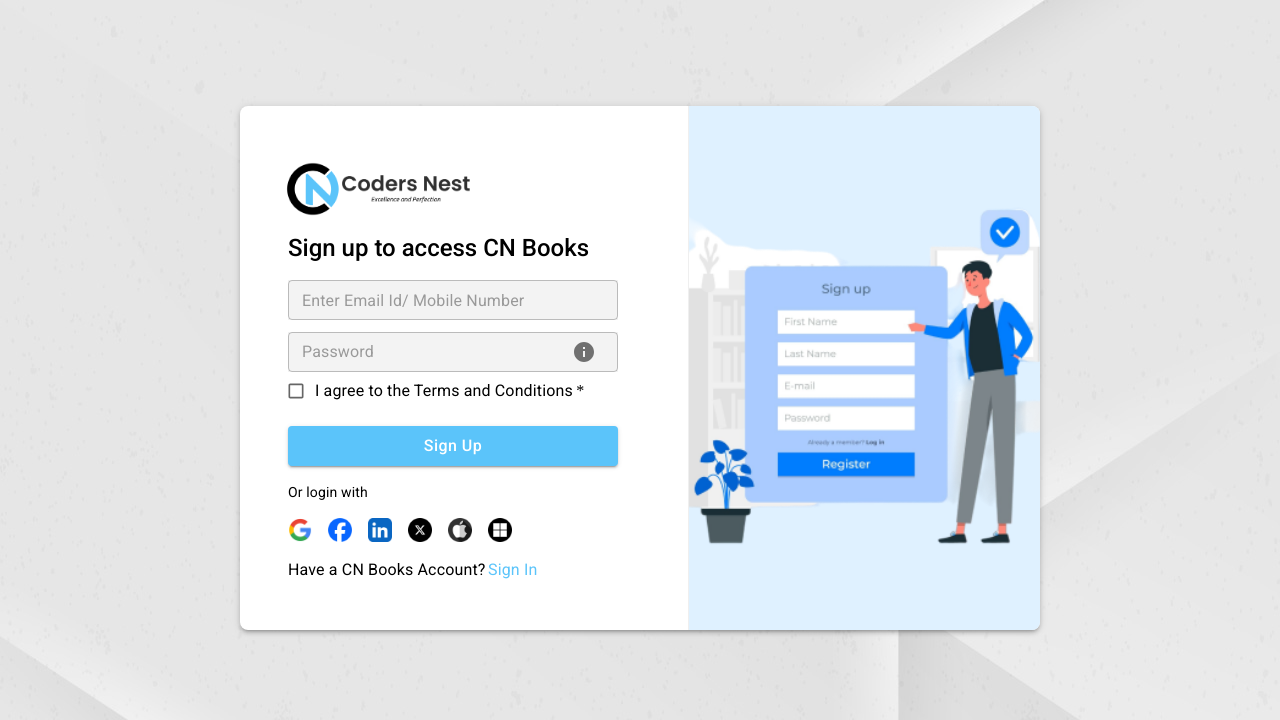
Repository: wajahadalishaik04/CN_Books
Page: /signup
These files come from the project's save history. The page is drawn as it stood at one moment and after the next save; the edit follows.
The browser window is 1280 px wide. The pictures show the whole page.
The project was rebuilt for these pictures with package versions that can differ from the ones it lists, and the page was loaded fresh each time. Also part of the build but not shown: vite.config.js, src/pages/LoginScreen.jsx, src/pages/Signin.jsx, src/pages/OtpScreen.jsx, src/pages/VerifyScreen.jsx, src/components/Header.jsx, src/components/SideBar.jsx, src/components/Content.jsx and 7 more.

Above is the page before, as saved 2024-09-30 18:46:42.

After the next save:
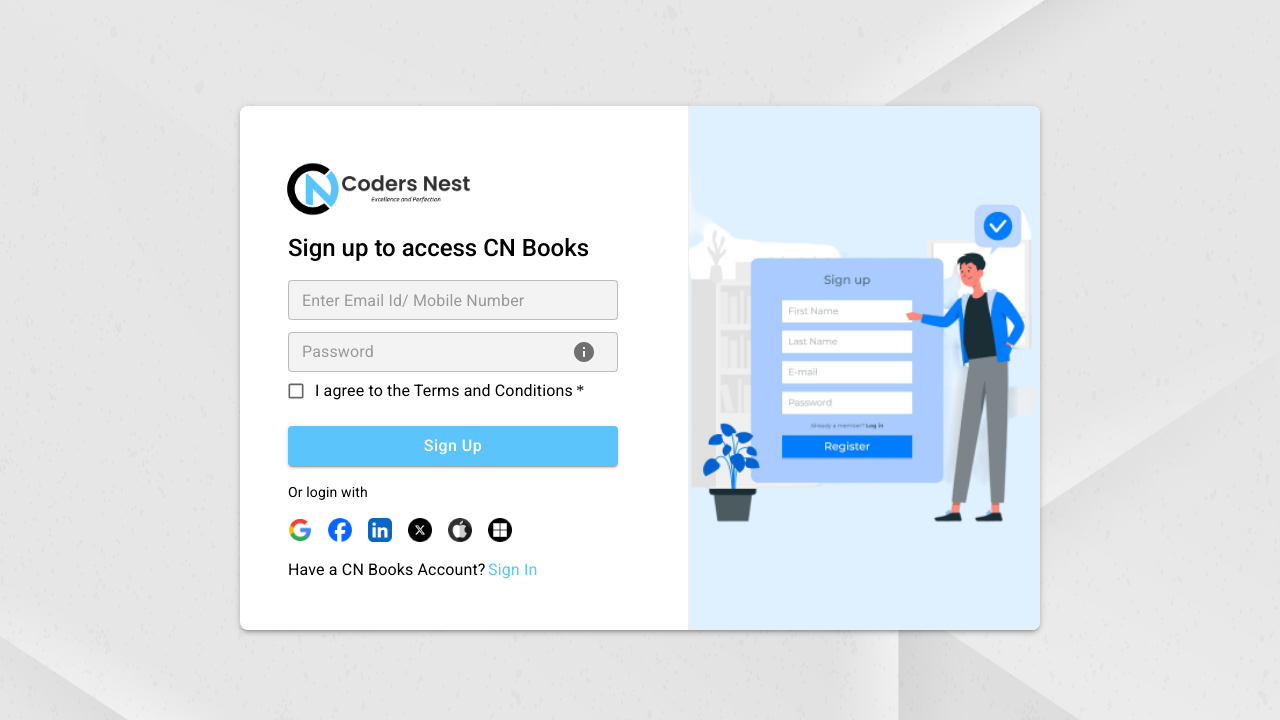
Saved 21 s later.
--- a/src/pages/SignUp.jsx
+++ b/src/pages/SignUp.jsx
@@ -296,7 +296,7 @@
             alt="signupImg"
             style={{
               width: "100%",
-              height: "100%",
+              height: "95%",
               objectFit: "cover",
             }}
           />
